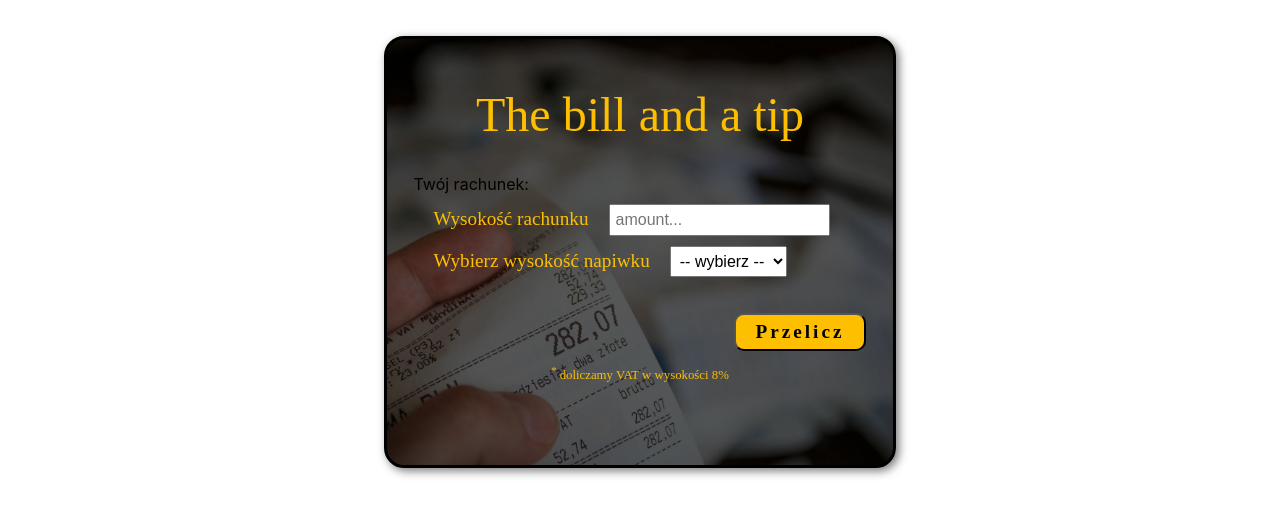
Repository: KrzysKolo/sr_tydzien4_zad1
Page: /
These files come from the project's save history. The page is drawn as it stood at one moment and after the next save; the edit follows.
The browser window is 1280 px wide. The pictures show the whole page.
Some web fonts or font styles are not loaded; a fallback is used. The project was rebuilt for these pictures with package versions that can differ from the ones it lists, and the page was loaded fresh each time.

Above is the page before, as saved 2020-11-06 11:05:45.

After the next save:
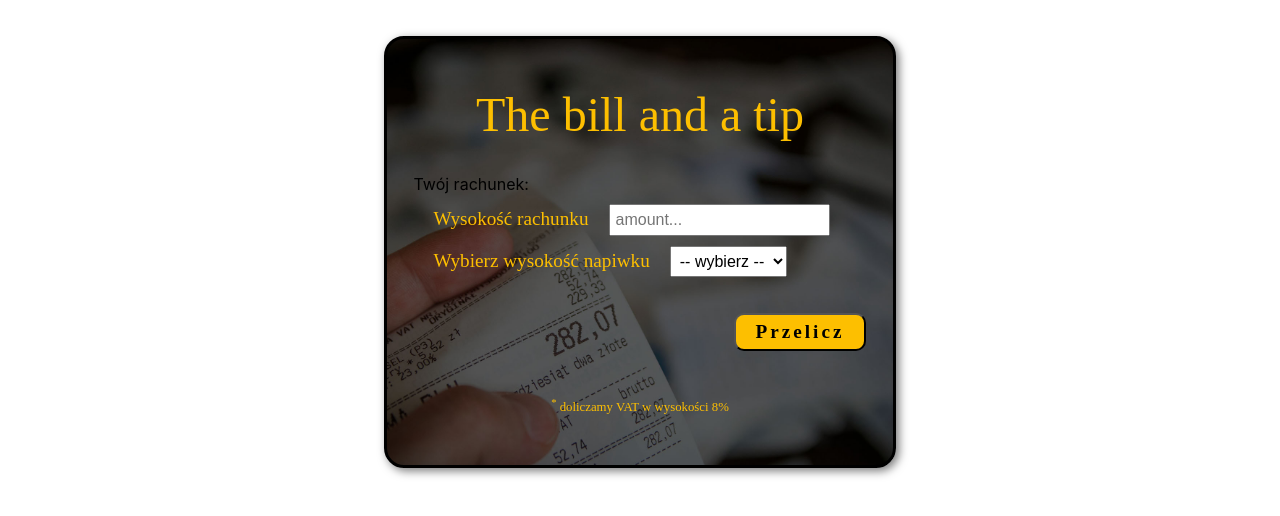
Saved 50 s later.
--- a/src/components/BillCard.css
+++ b/src/components/BillCard.css
@@ -51,4 +51,5 @@
   color: rgb(253, 191, 0);
   font-family: "Shadows Into Light Two", cursive;
   font-size: 0.8rem;
+  margin-top: 2rem;
 }
